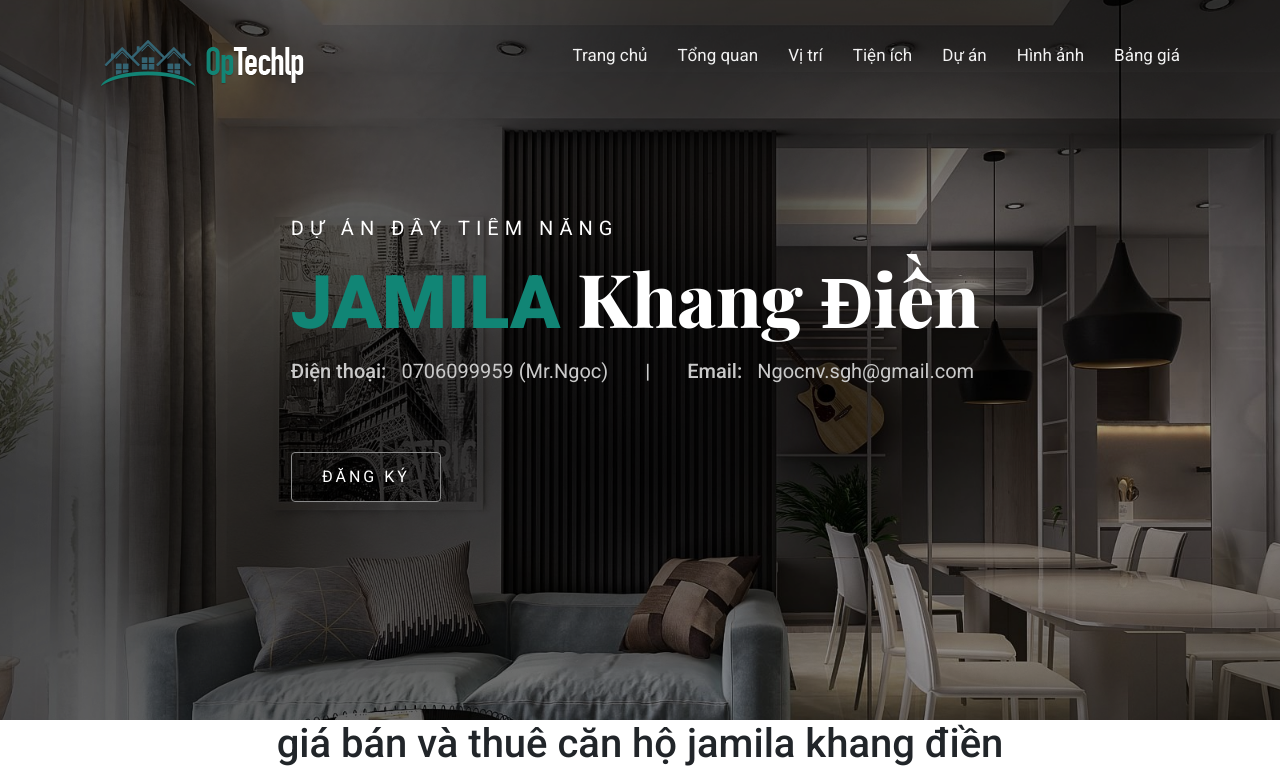
Repository: phunobi1807/Myweb
Page: index.html
These files come from the project's save history. The page is drawn as it stood at one moment and after the next save; the edit follows.
The browser window is 1280 px wide. The pictures show the whole page.
Some web fonts or font styles are not loaded; a fallback is used.

Above is the page before, as saved 2021-05-14 11:15:45.

### index.html
<!DOCTYPE html>
<html lang="en">

<head>
    <meta charset="UTF-8">
    <meta http-equiv="X-UA-Compatible" content="IE=edge">
    <meta name="viewport" content="width=device-width, initial-scale=1.0">
    <link rel="stylesheet" type="text/css" href="./css/style.css">
    <title>JAMILA Khang Điền</title>
</head>

<body>
    <header>
        <a href="#" class="logo">
            <img src="./image/logo-banner.png" alt="logo">
        </a>
        <div class="menuToggle" onclick="toggleMenu"></div>
        <ul class="navigation">
            <li><a href="#" onclick="toggleMenu">Trang chủ</a></li>
            <li><a href="#" onclick="toggleMenu">Tổng quan</a></li>
            <li><a href="#" onclick="toggleMenu">Vị trí</a></li>
            <li><a href="#" onclick="toggleMenu">Tiện ích</a></li>
            <li><a href="#" onclick="toggleMenu">Dự án</a></li>
            <li><a href="#" onclick="toggleMenu">Hình ảnh</a></li>
            <li><a href="#" onclick="toggleMenu">Bảng giá</a></li>
        </ul>
    </header>
    <section class="banner" id="banner">
        <div class="content">
            <p class="title">dự án đầy tiềm năng</p>
            <h3><strong>JAMILA</strong> Khang Điền</h3>
            <div class="content-contact">
                <p class="phone">Điện thoại: <span class="number-phone">0706099959 (Mr.Ngọc)</span></p>
                <div class="gachgiua">|</div>
                <p class="email">Email: <span class="email">Ngocnv.sgh@gmail.com</span></p>
            </div>
            <div class="input">
                <input type="button" class="btn btn-outline" value="Đăng ký">
            </div>
        </div>
    </section>
    <section class="price-apartment">
        <div class="container text-center">
            <div class="list-price-apartment">
                <h1>giá bán và thuê căn hộ <span>jamila khang điền</span></h1>
            </div>
        </div>
    </section>
    <link rel="stylesheet" href="https://maxcdn.bootstrapcdn.com/bootstrap/4.5.2/css/bootstrap.min.css">
    <script src="https://ajax.googleapis.com/ajax/libs/jquery/3.5.1/jquery.min.js"></script>
    <script src="https://cdnjs.cloudflare.com/ajax/libs/popper.js/1.16.0/umd/popper.min.js"></script>
    <script src="https://maxcdn.bootstrapcdn.com/bootstrap/4.5.2/js/bootstrap.min.js"></script>
    <script type="text/javascript">
        window.addEventListener('scroll', function() {
            const header = document.querySelector('header');
            header.classList.toggle("sticky", window.scrollY > 0);
        });

        function toggleMenu() {
            const menutoggle = document.querySelector('.menuToggle');
            const navigation = document.querySelector('.navigation');
            menuToggle.classList.toggle('active');
            navigation.classList.toggle('active');
        }
    </script>
</body>

</html>
<!-- <script type="text/javascript">
    window.addEventListener('scroll', function() {
        const header = document.querySelector('header');
        header.classList.toggle("sticky", window.scrollY > 0);
    });

    function toggleMenu() {
        const menuToggle = document.querySelector('.menuToggle');
        const navigation = document.querySelector('.navigation');
        menuToggle.classList.toggle('active');
        navigation.classList.toggle('active');
    }
</script> -->

### css/style.css
    @import url(https://fonts.googleapis.com/css2?family=Roboto:wght@100;200;300;400;500;600;800;900&display=swap);
    @import url(https://fonts.googleapis.com/css2?family=Playfair+Display:wght@100;200;300;400;500;600;800;900&display=swap);
    * {
        margin: 0;
        padding: 0;
        box-sizing: border-box;
        font-family: 'Roboto', 'Regular';
        scroll-behavior: smooth;
        overflow-x: hidden;
    }

    p {
        font-weight: 300;
        color: #ffffff;
    }

    .banner {
        position: relative;
        width: 100%;
        min-height: 100vh;
        display: flex;
        justify-content: center;
        align-items: center;
        background: url('../image/banner.png');
        background-size: cover;
    }

    .banner .content {
        max-width: 900px;
        text-align: left;
    }

    .banner .content p.title {
        font-size: 20px;
        opacity: 100%;
        text-transform: uppercase;
        font-weight: 400;
        letter-spacing: 6px;
        line-height: 20px;
        color: #ffffff;
    }

    .banner .content h3 {
        font-family: 'Playfair Display', serif;
        font-size: 74px;
        font-style: bold;
        font-weight: 700;
        color: #ffffff;
        text-align: left;
    }

    .banner .content h3 strong {
        color: #118575;
    }

    .banner .content .content-contact {
        margin-bottom: 50px;
    }

    .banner .content .content-contact,
    p {
        display: flex;
        color: #cacaca;
        font-size: 20px;
        font-style: bold;
        font-weight: 500;
    }

    .banner .content .content-contact p span {
        padding: 0px 15px;
        font-weight: 400;
        font-style: normal;
        color: #cacaca;
    }

    .banner .content .content-contact .gachgiua {
        padding-right: 15px;
        margin: 0px 22px;
    }

    .banner .content .input input {
        width: 150px;
        height: 50px;
        border: 1px solid;
        /* opacity: 40%; */
        color: #ffffff;
        border-color: #8a8a8a;
        text-transform: uppercase;
        letter-spacing: 3px;
        transition: 0.5s;
    }

    .banner .content .input input:hover {
        width: 160px;
        transition: 0.5s;
        background-color: #118575;
    }

    .banner .content .input input::-ms-value {
        color: red;
    }

    header {
        position: fixed;
        top: 0;
        left: 0;
        width: 100%;
        padding: 40px 100px;
        z-index: 10;
        display: flex !important;
        justify-content: space-between;
        align-items: center;
        transition: 0.5s;
    }

    header.sticky {
        background: rgb(43, 43, 43);
        padding: 10px 100px;
        box-shadow: 0 5px 20px rgba(0, 0, 0, 0.05);
    }

    header.sticky ul {
        margin-top: 14px;
        line-height: 14px;
    }

    header .navigation {
        position: relative;
        display: flex;
    }

    header .navigation li {
        list-style-type: none;
        margin-left: 30px;
    }

    header .navigation li a {
        opacity: 100%;
        font-size: 17px;
        text-decoration: none;
        color: #f2f2f2;
        line-height: 20px;
    }

    header.sticky .navigation li a {
        color: #fff;
    }

    header .navigation li a:hover {
        color: #118575;
        letter-spacing: 3px;
        transition: 1s;
        text-transform: uppercase;
    }
    /* giá bán căn hộ trong bảng  */

    .price-apartment p {
        font-size: 34px;
        text-transform: uppercase;
        font-weight: 400;
        color: #346473;
        text-align: center;
    }

    .price-apartment p span {
        font-weight: 900;
    }
    /* end giá bán căn hộ trong bảng  */

After the next save:
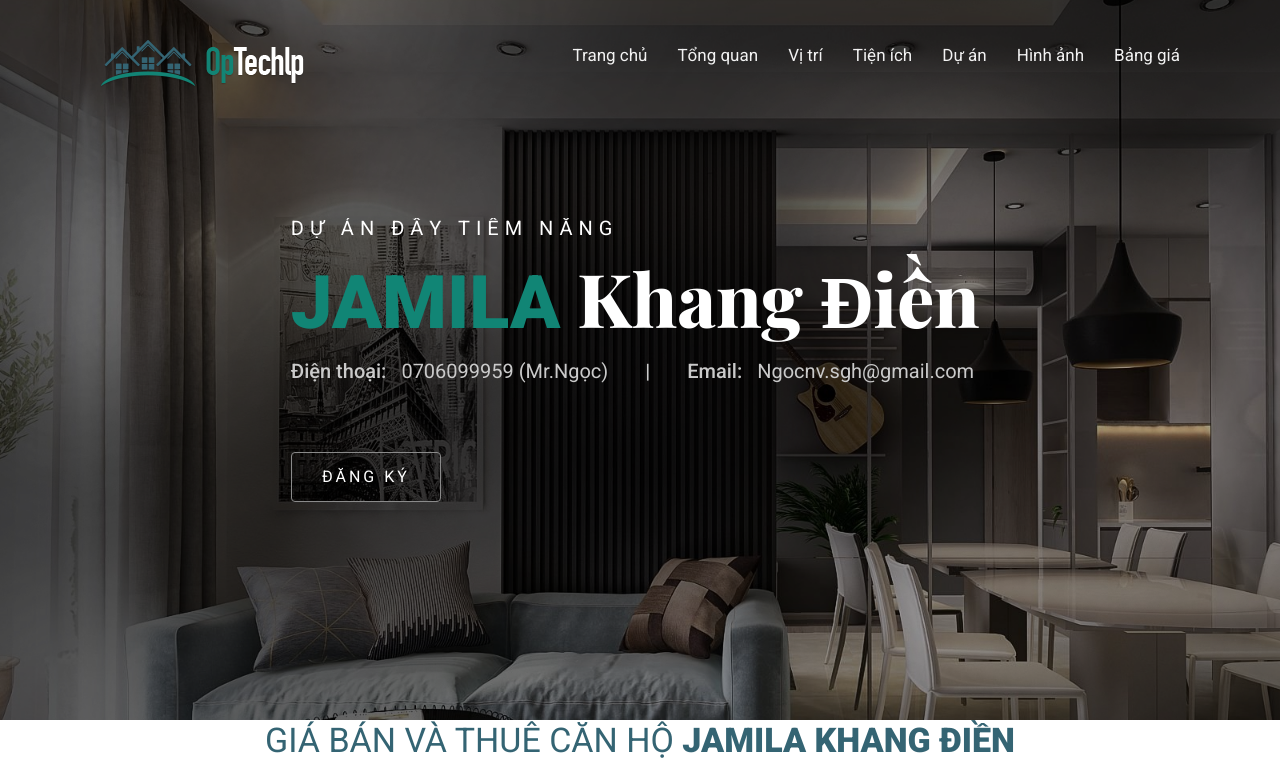
Saved 8 s later.
--- a/css/style.css
+++ b/css/style.css
@@ -154,15 +154,14 @@
     }
     /* giá bán căn hộ trong bảng  */
 
-    .price-apartment p {
+    .price-apartment h1 {
         font-size: 34px;
         text-transform: uppercase;
         font-weight: 400;
         color: #346473;
-        text-align: center;
     }
 
-    .price-apartment p span {
+    .price-apartment h1 span {
         font-weight: 900;
     }
     /* end giá bán căn hộ trong bảng  */
